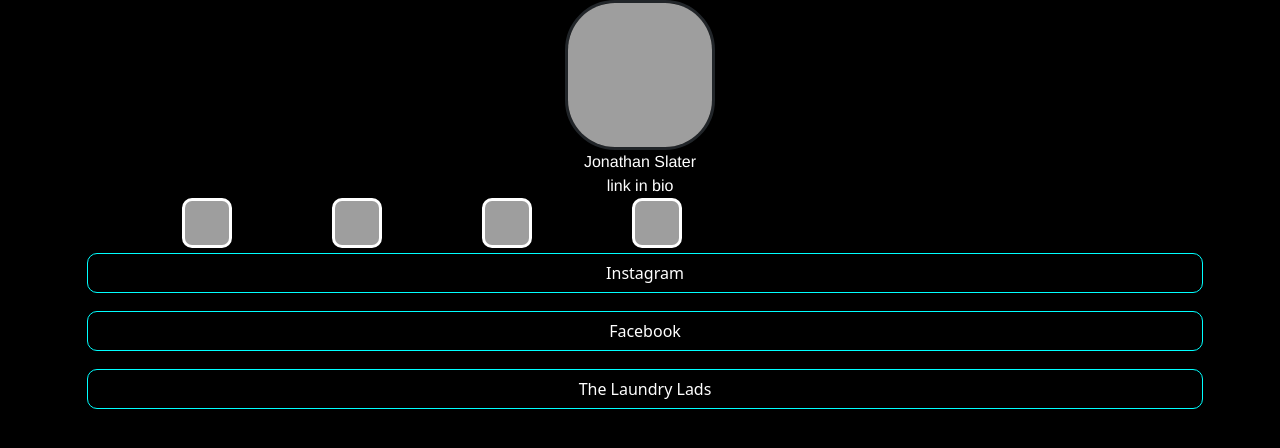
Repository: jontslater/LAB-link-in-bio
Page: index.html
These files come from the project's save history. The page is drawn as it stood at one moment and after the next save; the edit follows.
The browser window is 1280 px wide. The pictures show the whole page.
Pictures or frames that could not be fetched are drawn as grey boxes.

Above is the page before, as saved 2023-10-15 15:23:32.

After the next save:
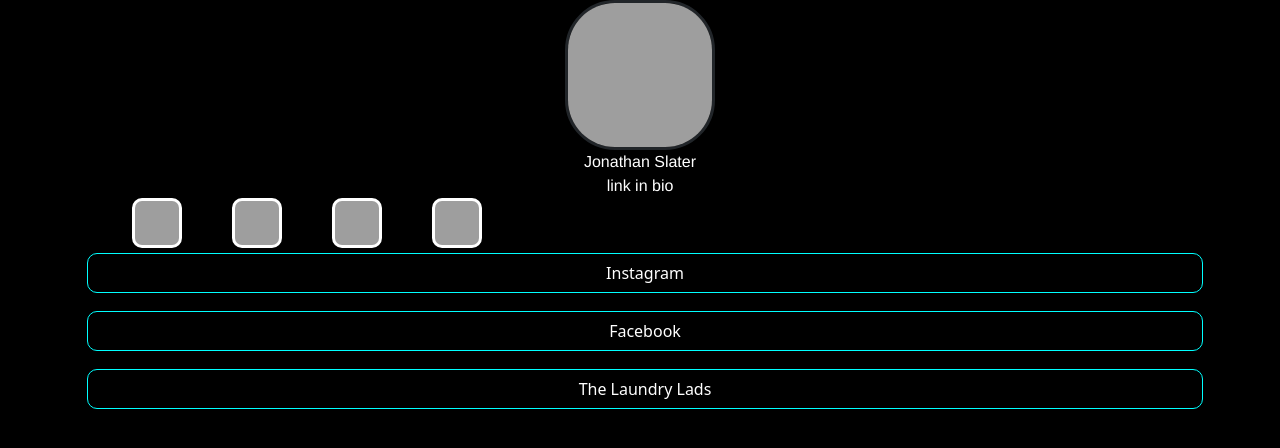
Saved 5 s later.
--- a/main.css
+++ b/main.css
@@ -48,5 +48,5 @@
 }
 
 .side {
-  margin-left: 100px
+  margin-left: 50px
 }
